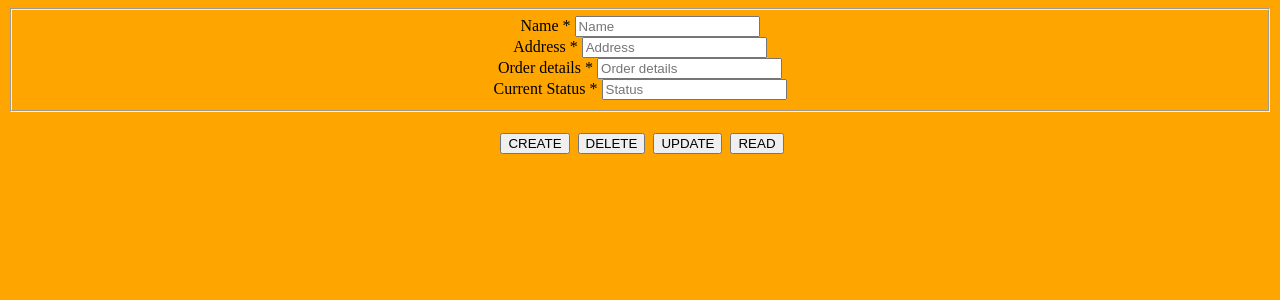
Repository: dhanasekar13/servlet
Page: shooping1/war/first.html
These files come from the project's save history. The page is drawn as it stood at one moment and after the next save; the edit follows.
The browser window is 1280 px wide. The pictures show the whole page.

Above is the page before, as saved 2017-05-10 10:32:32.

### shooping1/war/first.html
<!DOCTYPE html PUBLIC "-//W3C//DTD HTML 4.01 Transitional//EN" "http://www.w3.org/TR/html4/loose.dtd">

<html>
<body bgcolor="orange">
<center>
<form action="Shooping1" method="get">
<fieldset>



   <label>Name *</label>
   <input type="text" id="firstname" name="firstname" placeholder="Name" required />

 <br>
   <label>Address *</label>
   <input type="text" id="lastname" name="lastname" placeholder="Address" required />
  <br>
   <label>Order details *</label>
   <input type="text" id="lastname" name="order" placeholder="Order details" />
  <br>
   <label>Current Status *</label>
   <input type="text" id="lastname" name="status" placeholder="Status"/>

</fieldset><br>
<table>
<tr>
<td><input type="hidden" name="hide" value="1"></td>
<td><input type="submit" value="CREATE" /></td>

<td><input type="hidden" name="hide" value="2"></td>
<td><input type="submit" value="DELETE" /></td>

<td><input type="hidden" name="hide" value="3"></td>
<td><input type="submit" value="UPDATE" /></td>

<td><input type="hidden" name="hide" value="4"></td>
<td><input type="submit" value="READ" /></td>
</tr>
</table>
</form></center>

</body>

</html>

After the next save:
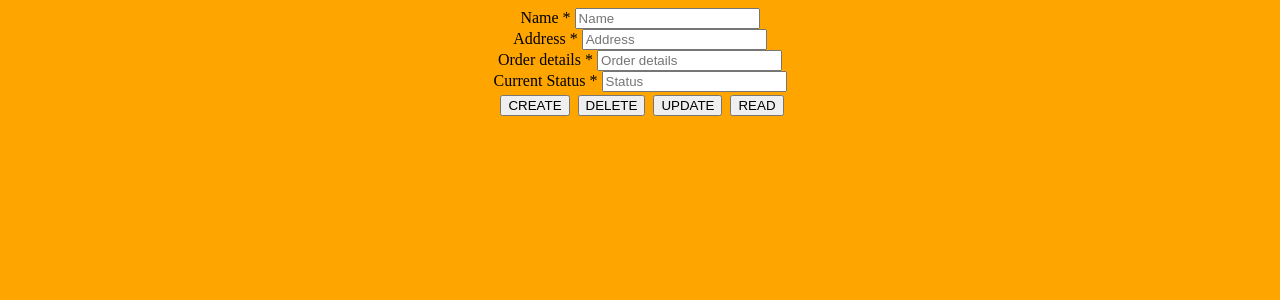
Saved 80 s later.
--- a/shooping1/war/first.html
+++ b/shooping1/war/first.html
@@ -4,7 +4,7 @@
 <body bgcolor="orange">
 <center>
 <form action="Shooping1" method="get">
-<fieldset>
+
 
 
 
@@ -21,7 +21,7 @@
    <label>Current Status *</label>
    <input type="text" id="lastname" name="status" placeholder="Status"/>
 
-</fieldset><br>
+<br>
 <table>
 <tr>
 <td><input type="hidden" name="hide" value="1"></td>
